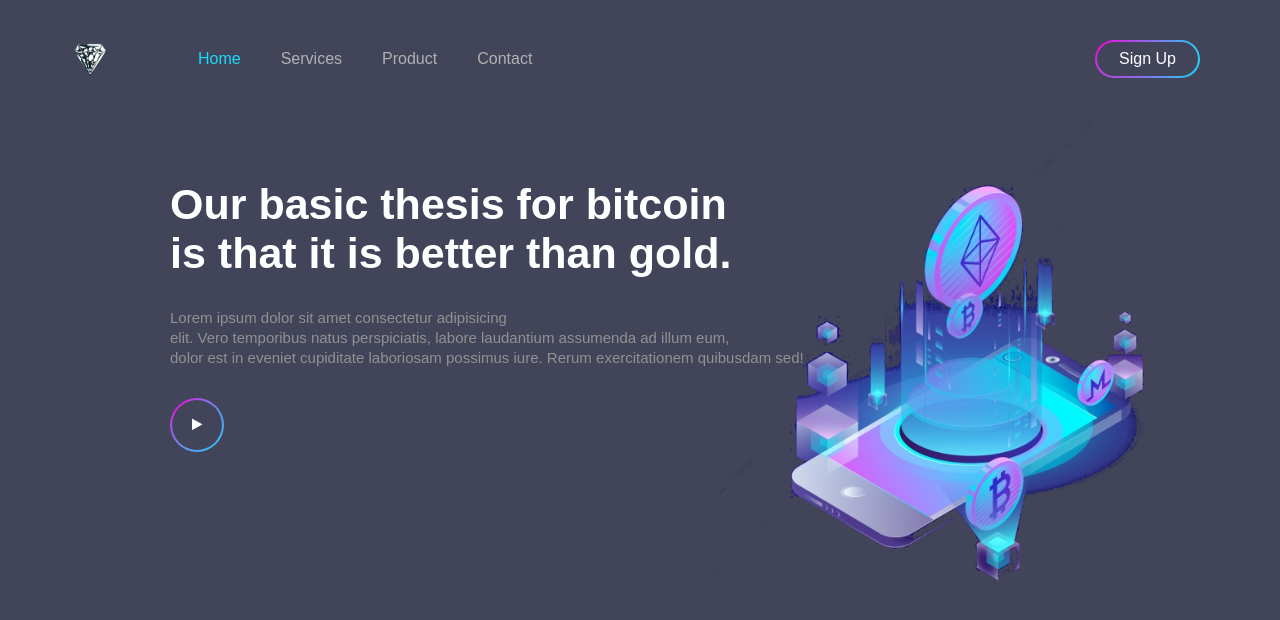
Repository: Aakarshit-Sharma19/Basic-HTML-and-CSS-Page-
Page: index.html
The author's editor kept a copy of each file at every save. The page is drawn from the files as they stood at one save, then again after the next save.
The browser window is 1280 px wide. The pictures show the whole page.

Above is the page before, as saved 2020-11-10 16:54:16.

After the next save:
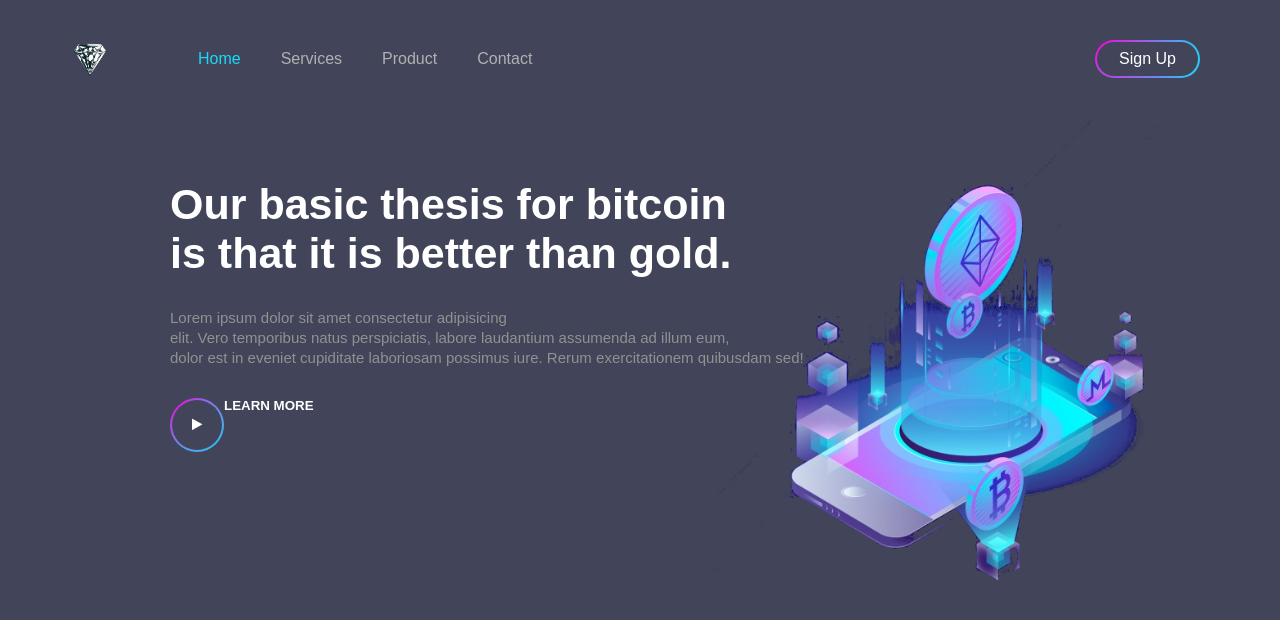
Saved 53 s later.
--- a/index.html
+++ b/index.html
@@ -30,6 +30,7 @@
                 <div class="play-btn">
                     <div class="play-btn-inner"><i class="fa fa-play" aria-hidden="true"></i>
                     </div>
+                    <small><b>LEARN MORE</b></small>
                 </div>
             </div>
             <div class="app-picture">
